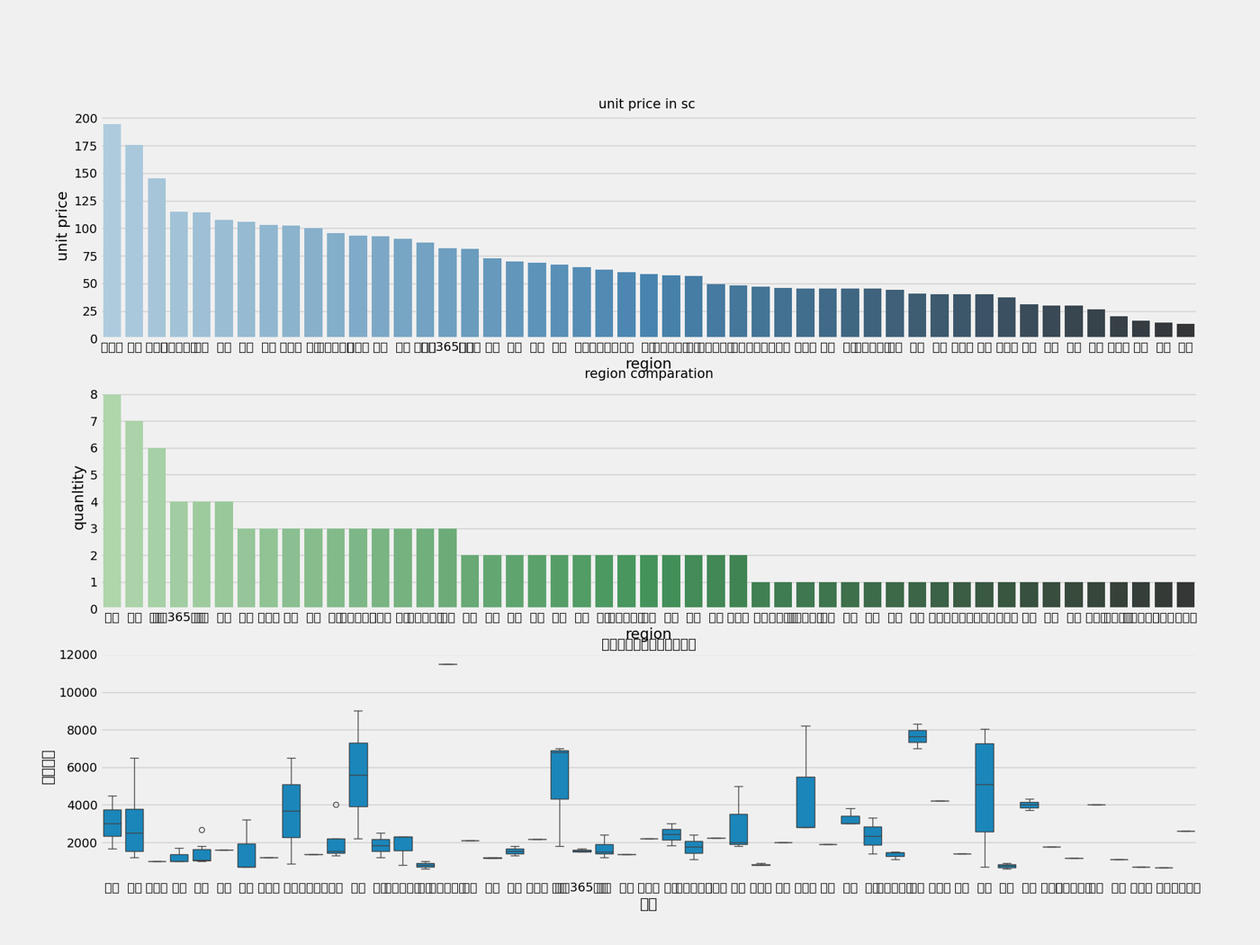
Repository: heavy-snowy/python
Script's output: python analy.py
An editor plug-in stored every save of this project. The script's output is shown before and after the next save, followed by the edit.
The pictures are shown at 90% of full size.
Figures wider than 1,400 px are first shrunk to that width. Random numbers start from a fixed seed.

Above is the script's output before, as saved 2020-03-09 16:55:44.

### analy.py
import pandas as pd
import numpy as np
import seaborn as sns
import matplotlib as mpl
import re
import matplotlib.pyplot as plt
from IPython.display import display
plt.style.use("fivethirtyeight")
sns.set_style({'font.sans-serif':['simhei','Arial']})


# 导入数据
sz_rent = pd.read_csv('merge_zc.csv')
print('data-row2====')
display(sz_rent.head(n=2))

# 检查缺失值情况
print('info====')
sz_rent.info()

print('describe====')
sz_rent.describe()

# 添加新特征均价
zf=sz_rent.copy()
zf['perPrice']=sz_rent['price']/sz_rent['size']
#print('PerPrice====',sz_rent['PerPrice'])

# 重新摆放列位置
columns=['Region','form','location','perPrice','price','size','layouts','detail']
zf = pd.DataFrame(zf, columns = columns)

# 重新审视数据集
display(zf.head(n=2))

# 对二手房区域分组对比二手房数量和每平米房价
df_house_count = zf.groupby('Region')['price'].count().sort_values(ascending=False).to_frame().reset_index()
df_house_mean = zf.groupby('Region')['perPrice'].mean().sort_values(ascending=False).to_frame().reset_index()

f, [ax1,ax2,ax3] = plt.subplots(3,1,figsize=(20,15))
sns.barplot(x='Region', y='perPrice', palette="Blues_d", data=df_house_mean, ax=ax1)
ax1.set_title('unit price in sc ',fontsize=15)
ax1.set_xlabel('region')
ax1.set_ylabel('unit price')

sns.barplot(x='Region', y='price', palette="Greens_d", data=df_house_count, ax=ax2)
ax2.set_title('region comparation',fontsize=15)
ax2.set_xlabel('region')
ax2.set_ylabel('quanltity')

sns.boxplot(x='Region', y='price', data=zf, ax=ax3)
ax3.set_title('北京各大区二手房房屋总价',fontsize=15)
ax3.set_xlabel('区域')
ax3.set_ylabel('房屋总价')

plt.show()

### merge_zc.csv
,Region,form,location,price,size,layouts,detail,href
0,新安,整租 ,裕安花园距5号线灵芝地铁站步行374m,3000,52,2室1厅1卫, 裕安花园 2室1厅1卫,https://short.58.com/zd_p/1e5d1f2f-2041-451a-9320-96a922068ea9/?target=fh-16-xgk_hvimob_57546033778154q-feykn&end=end&shangquan=xinanlu&shangquanId=1842&dataSource=1
1,民治,单间 ,华业玫瑰四季一期,3000,15,其他(5室), 华业玫瑰四季一期 5室1厅1卫 其他 南,https://short.58.com/zd_p/05c79038-5e0d-43dc-a6c3-5822fb219835/?target=fh-16-xgk_ephv_57849093916375q-feykn&end=end&shangquan=minzhi&shangquanId=6145&dataSource=1
2,桃源居,整租 ,钟屋新村,1000,25,1室0厅1卫, 钟屋新村 1室 0厅1卫,https://short.58.com/zd_p/308bce84-3dc3-4122-b277-e062d36fe88f/?target=fh-16-xgk_hvimob_57897313916504q-feykn&end=end&shangquan=taoyuanju&shangquanId=6152&dataSource=1
3,西丽,单间 ,留仙茗苑,1000,15,次卧(5室), 留仙茗苑 5室1厅1卫 次卧 朝南北,https://short.58.com/zd_p/aa02d6b0-47ff-47b0-a2d4-68c3bd53ba11/?target=fh-16-xgk_ephv_57894793464369q-feykn&end=end&shangquan=xililu&shangquanId=1841&dataSource=1
4,西乡,整租 ,上围园新村距1号线固戍地铁站步行1024m,1100,25,1室0厅1卫, 上围园新村 1室0厅1卫,https://short.58.com/zd_p/dc2e986f-9f92-49c6-9a64-ef97a70db538/?target=fh-16-xgk_hvimob_57823642592044q-feykn&end=end&shangquan=xixiangsz&shangquanId=6151&dataSource=1
5,民治,整租 ,西头新村距4号线龙胜地铁站步行898m,1180,26,1室0厅1卫, 西头新村 1室0厅1卫,https://short.58.com/zd_p/9488f3e5-6b7b-48af-8c4f-9a509daba314/?target=fh-16-xgk_hvimob_54228456633967q-feykn&end=end&shangquan=minzhi&shangquanId=6145&dataSource=1
6,石岩,整租 ,荔湖花园,1600,35,1室1厅1卫, 荔湖花园 1室1厅1卫,https://short.58.com/zd_p/642df96f-21d4-47ea-a6ab-901f0464af48/?target=fh-16-xgk_hvimob_57807146949012q-feykn&end=end&shangquan=shiyansz&shangquanId=6156&dataSource=1
7,大冲,单间 ,大冲新城花园,680,60,次卧(2室), 大冲新城花园 2室1厅1卫 次卧 南,https://short.58.com/zd_p/293f8957-8e29-4f0e-a869-cbafc345fca6/?target=fh-16-xgk_ephv_57536692036472q-feykn&end=end&shangquan=dachong&shangquanId=6102&dataSource=1
8,西乡,整租 ,径贝新村距1号线坪洲地铁站步行920m,1800,39,1室1厅1卫, 径贝新村 1室 1厅1卫,https://short.58.com/zd_p/838e5b2b-10e0-4a3d-896b-aed8d037e7bb/?target=fh-16-xgk_hvimob_57300034477907q-feykn&end=end&shangquan=xixiangsz&shangquanId=6151&dataSource=1
9,木棉湾,整租 ,大世纪花园距3号线木棉湾地铁站步行1136m,1200,30,1室1厅1卫, 大世纪花园 1室1厅1卫,https://short.58.com/zd_p/f50153e7-b473-4ff5-a892-b06a00bc404a/?target=fh-16-xgk_hvimob_57819705596092q-feykn&end=end&shangquan=szmmw&shangquanId=18313&dataSource=1
10,大运,整租 ,爱联A区距3号线爱联地铁站步行761m,850,25,1室0厅1卫, 爱联A区 1室0厅1卫,https://short.58.com/zd_p/55ba7ae6-79ad-4866-9389-b5e1dfe2bd1d/?target=fh-16-xgk_hvimob_57545020051673q-feykn&end=end&shangquan=dayunxc&shangquanId=14731&dataSource=1
11,西乡,整租 ,固戍红湾新村距1号线固戍地铁站步行868m,1000,28,1室0厅1卫, 固戍红湾新村 1室 0厅1卫,https://short.58.com/zd_p/731faaa7-1dc8-4e96-802c-c32b6f800c8c/?target=fh-16-xgk_hvimob_57813445353617q-feykn&end=end&shangquan=xixiangsz&shangquanId=6151&dataSource=1
12,农科中心,整租 ,下沙四坊距9号线下沙地铁站步行826m,1380,22,1室0厅1卫, 下沙四坊 1室0厅1卫,https://sz.58.com/zufang/41352686133646x.shtml?houseId=1371102140947462&shangquan=nkzxsz&shangquanId=116834&dataSource=0
13,坂田,整租 ,富豪花园距5号线坂田地铁站步行237m,1480,19,1室0厅1卫, 富豪花园 1室0厅1卫,https://sz.58.com/zufang/41375644018080x.shtml?houseId=1374040750136335&shangquan=bantianq&shangquanId=2688&dataSource=0
14,上沙,单间 ,金地花园(北区),2200,29,主卧(1室), 金地花园(北区) 1室0厅1卫 主卧 南,https://sz.58.com/hezu/40686976329359x.shtml?houseId=1285891286130697&shangquan=shangsha&shangquanId=6089&dataSource=0
15,沙井,整租 ,荣泰园距11号线沙井地铁站步行904m,2500,50,2室1厅1卫, 荣泰园 2室1厅1卫,https://sz.58.com/zufang/40840520200228x.shtml?houseId=1305544901565455&shangquan=shajing&shangquanId=1846&dataSource=0
16,龙华中心区,整租 ,双桥花园距4号线龙华地铁站步行1140m,800,18,1室0厅1卫, 双桥花园 1室0厅1卫,https://sz.58.com/zufang/41414440248231x.shtml?houseId=1379006667758604&shangquan=szlhzxq&shangquanId=18231&dataSource=0
17,西乡,整租 ,上围园新村距1号线固戍地铁站步行1024m,1000,28,1室0厅1卫, 上围园新村 1室 0厅1卫,https://sz.58.com/zufang/41270393303937x.shtml?houseId=1360568658977805&shangquan=xixiangsz&shangquanId=6151&dataSource=0
18,新安,整租 ,中粮创芯公园距5号线兴东地铁站步行624m,4500,45,1室1厅1卫, 中粮创芯公园 1室1厅1卫,https://sz.58.com/zufang/41308636968583x.shtml?houseId=1365463848231946&shangquan=xinanlu&shangquanId=1842&dataSource=0
19,南联,整租 ,盛平村,600,18,1室0厅1卫, 盛平村 1室0厅1卫,https://sz.58.com/zufang/40144861680404x.shtml?houseId=1216500610669568&shangquan=nls&shangquanId=119292&dataSource=0
20,南山地铁口,整租 ,荟芳园距1号线桃园地铁站步行942m,11500,120,3室2厅2卫, 荟芳园 3室2厅2卫,https://sz.58.com/zufang/41297356215558x.shtml?houseId=1364019911500806&shangquan=haiwangdasha&shangquanId=6108&dataSource=0
21,民治,整租 ,西头新村距4号线龙胜地铁站步行898m,1200,25,1室0厅1卫, 西头新村 1室0厅1卫,https://short.58.com/zd_p/adaac90b-f0cc-4f78-8656-b2997efcc750/?target=fh-16-xgk_hvimob_57576071165242q-feykn&end=end&shangquan=minzhi&shangquanId=6145&dataSource=1
22,坪洲,整租 ,马鞍山小区距1号线坪洲地铁站步行1213m,2100,35,1室1厅1卫, 马鞍山小区 1室1厅1卫,https://sz.58.com/zufang/41435421175196x.shtml?houseId=1381692226495492&shangquan=pzsz&shangquanId=118576&dataSource=0
23,桥头,整租 ,桥头村距11号线桥头地铁站步行854m,1200,50,1室1厅1卫, 桥头村 1室1厅1卫,https://sz.58.com/zufang/41348260316037x.shtml?houseId=1370535636459533&shangquan=qiaots&shangquanId=118580&dataSource=0
24,大冲,单间 ,大冲新城花园,3200,10,次卧(2室), 大冲新城花园 2室1厅1卫 次卧 北,https://sz.58.com/hezu/41407864833064x.shtml?houseId=1378165014667264&shangquan=dachong&shangquanId=6102&dataSource=0
25,清湖,单间 ,清湖社区新村,1280,30,主卧(1室), 清湖社区新村 1室0厅0卫 主卧 南北,https://sz.58.com/hezu/41051903868804x.shtml?houseId=1332602010674179&shangquan=qhsz&shangquanId=116836&dataSource=0
26,景田北,单间 ,景洲大厦,2180,15,次卧(3室), 景洲大厦 3室2厅2卫 次卧 南,https://sz.58.com/hezu/41407055551107x.shtml?houseId=1378061426515969&shangquan=jingtian&shangquanId=2671&dataSource=0
27,南联,整租 ,宝龙小区距3号线龙城广场地铁站步行797m,1000,38,1室1厅1卫, 宝龙小区 1室1厅1卫,https://sz.58.com/zufang/41293197506594x.shtml?houseId=1363487596389379&shangquan=nls&shangquanId=119292&dataSource=0
28,木棉湾,整租 ,文雅豪庭距3号线木棉湾地铁站步行1174m,1200,35,1室1厅1卫, 文雅豪庭 1室1厅1卫,https://sz.58.com/zufang/41356137658918x.shtml?houseId=1371543936179203&shangquan=szmmw&shangquanId=18313&dataSource=0
29,前海,单间 ,国兴苑,1800,15,主卧(1室), 国兴苑 1室0厅1卫 主卧 南,https://sz.58.com/hezu/41139063536777x.shtml?houseId=1343758448663554&shangquan=qianhai&shangquanId=2685&dataSource=0
30,美丽365花园,单间 ,美丽365花园,1650,13,主卧(4室), 美丽365花园 4室1厅1卫 主卧 西,https://sz.58.com/hezu/41414103216783x.shtml?houseId=1378963527752711&shangquan=meilihy&shangquanId=14559&dataSource=0
31,横岗,整租 ,马五村距3号线横岗地铁站步行1142m,1300,40,2室1厅1卫, 马五村 2室1厅1卫,https://sz.58.com/zufang/41364512395421x.shtml?houseId=1372615902568452&shangquan=henggang&shangquanId=1856&dataSource=0
32,固戍,整租 ,塘西花园距1号线固戍地铁站步行1000m,1380,20,1室0厅1卫, 塘西花园 1室0厅1卫,https://sz.58.com/zufang/39029343321499x.shtml?houseId=1073714261860353&shangquan=gss&shangquanId=117722&dataSource=0
33,横岗,整租 ,横岗深竹小区距3号线六约地铁站步行669m,1200,25,1室0厅1卫, 横岗深竹小区 1室0厅1卫,https://sz.58.com/zufang/41315924010882x.shtml?houseId=1366396589384716&shangquan=henggang&shangquanId=1856&dataSource=0
34,沙头角,整租 ,东埔福苑,2200,27,1室0厅1卫, 东埔福苑 1室0厅1卫,https://sz.58.com/zufang/41324945454483x.shtml?houseId=1367551334210563&shangquan=shatoujiao&shangquanId=1865&dataSource=0
35,流塘,整租 ,臣田综合楼,3000,110,3室2厅1卫, 臣田综合楼 3室2厅1卫,https://sz.58.com/zufang/39833231675139x.shtml?houseId=1176611970882560&shangquan=ltszs&shangquanId=118585&dataSource=0
36,上沙,整租 ,鸿景湾名苑距9号线下沙地铁站步行1183m,9000,82,2室2厅1卫, 鸿景湾名苑 2室2厅1卫,https://sz.58.com/zufang/41297988813220x.shtml?houseId=1364100884029449&shangquan=shangsha&shangquanId=6089&dataSource=0
37,宝安中心区,单间 ,宝安九区商住楼,1100,20,主卧(4室), 宝安九区商住楼 4室1厅1卫 主卧 南,https://sz.58.com/hezu/41430391242141x.shtml?houseId=1381048395014159&shangquan=baoanzhongxinquba&shangquanId=6150&dataSource=0
38,桃源村,整租 ,西丽新屋村距7号线珠光地铁站步行890m,2250,22,1室0厅1卫, 西丽新屋村 1室0厅1卫,https://sz.58.com/zufang/41430890937374x.shtml?houseId=1381112356019200&shangquan=taoyuancun&shangquanId=6111&dataSource=0
39,西乡,整租 ,上围园新村距1号线固戍地铁站步行1024m,1050,30,1室0厅1卫, 上围园新村 1室0厅1卫,https://sz.58.com/zufang/41331740233376x.shtml?houseId=1368421065793550&shangquan=xixiangsz&shangquanId=6151&dataSource=0
40,美丽365花园,整租 ,富联一区距4号线清湖地铁站步行503m,1500,26,1室0厅1卫, 富联一区 1室0厅1卫,https://short.58.com/zd_p/48efa6ee-dfe4-457a-8eda-d5700703f05a/?target=fh-16-xgk_hvimob_57823048904110q-feykn&end=end&shangquan=meilihy&shangquanId=14559&dataSource=1
41,大冲,单间 ,大冲新城花园,680,60,次卧(2室), 大冲新城花园 2室1厅1卫 次卧 南,https://short.58.com/zd_p/414ed4c2-acf8-4589-8d0d-176fa4ff9ec4/?target=fh-16-xgk_ephv_57536692036472q-feykn&end=end&shangquan=dachong&shangquanId=6102&dataSource=1
42,惠州,整租 ,华润小径湾,5000,93,2室1厅1卫, 华润小径湾 2室1厅1卫,https://short.58.com/zd_p/212cb6f6-76ed-4b58-8491-1137ce820aa8/?target=fh-16-xgk_hvimob_57897444094074q-feykn&end=end&shangquan=huizhouszzb&shangquanId=117096&dataSource=1
43,横岗,整租 ,卓然居,1500,31,1室0厅1卫, 卓然居 1室0厅1卫,https://short.58.com/zd_p/e240230f-6828-4740-8335-1881115af0ab/?target=fh-16-xgk_hvimob_57380299716059q-feykn&end=end&shangquan=henggang&shangquanId=1856&dataSource=1
44,丹竹头,单间 ,丹平小区,780,18,主卧(1室), 丹平小区 1室0厅1卫 主卧 南,https://short.58.com/zd_p/46703f2e-5859-4b21-91ba-a86962b8bd4e/?target=fh-16-xgk_ephv_57892186706630q-feykn&end=end&shangquan=szshawan&shangquanId=12817&dataSource=1
45,公明,整租 ,合水口村,2000,140,3室1厅1卫, 合水口村 3室1厅1卫,https://short.58.com/zd_p/3005bf92-0dc5-49e7-a421-41dd0a92121b/?target=fh-16-xgk_hvimob_57539356322137q-feykn&end=end&shangquan=gongmingsz&shangquanId=112573&dataSource=1
46,人民南,整租 ,高嘉大厦距9号线文锦地铁站步行71m,2800,33,1室1厅1卫, 高嘉大厦 1室1厅1卫,https://short.58.com/zd_p/2bcde943-aa79-4697-a8da-9c35fa2431e2/?target=fh-16-xgk_hvimob_57330243876013q-feykn&end=end&shangquan=renminnan&shangquanId=2678&dataSource=1
47,南岭,整租 ,黄金豪庭(龙岗)距3号线丹竹头地铁站步行1255m,1900,42,1室1厅1卫, 黄金豪庭(龙岗) 1室1厅1卫,https://short.58.com/zd_p/375ff896-8f4a-44c5-a810-d5034a5a1ab3/?target=fh-16-xgk_hvimob_57532582709387q-feykn&end=end&shangquan=sznl&shangquanId=15551&dataSource=1
48,东门,单间 ,深运大厦,3000,15,主卧(1室), 深运大厦 1室0厅1卫 主卧,https://short.58.com/zd_p/5af5f7fe-4e5d-4bce-b2ae-cd4b0eff8fcc/?target=fh-16-xgk_ephv_57895115940803q-feykn&end=end&shangquan=dongmen&shangquanId=1826&dataSource=1
49,平湖,整租 ,花半里欣悦广场,1400,30,1室1厅1卫, 花半里欣悦广场 1室1厅1卫,https://short.58.com/zd_p/750e17ac-e4b6-4b99-87ba-00b872e46a0e/?target=fh-16-xgk_hvimob_57865170127831q-feykn&end=end&shangquan=szpinghu&shangquanId=11916&dataSource=1
50,龙华区政府,整租 ,富联二区距4号线清湖地铁站步行1262m,1100,22,1室0厅1卫, 富联二区 1室0厅1卫,https://short.58.com/zd_p/8e3470a5-36a5-45c2-b067-b8d898464e41/?target=fh-16-xgk_hvimob_57537823196208q-feykn&end=end&shangquan=lhqzfsz&shangquanId=116835&dataSource=1
51,横岗,整租 ,保成泰八达产业园距3号线塘坑地铁站步行503m,1980,45,1室1厅1卫, 保成泰八达产业园 1室1厅1卫,https://sz.58.com/zufang/41372681516070x.shtml?houseId=1373661549995021&shangquan=henggang&shangquanId=1856&dataSource=0
52,新洲,整租 ,嘉葆润金座距7号线沙尾地铁站步行734m,7000,60,2室1厅1卫, 嘉葆润金座 2室1厅1卫,https://sz.58.com/zufang/41416603221264x.shtml?houseId=1379283528342530&shangquan=szxinzhou&shangquanId=2670&dataSource=0
53,惠州,整租 ,雅庭居,1800,98,3室2厅1卫, 雅庭居 3室2厅1卫,https://sz.58.com/zufang/41431057505190x.shtml?houseId=1381133676665866&shangquan=huizhouszzb&shangquanId=117096&dataSource=0
54,前海,整租 ,阳光花地苑,6800,64,2室1厅1卫, 阳光花地苑 2室1厅1卫,https://sz.58.com/zufang/37533985058441x.shtml?houseId=882308403617793&shangquan=qianhai&shangquanId=2685&dataSource=0
55,民治,单间 ,书香门第上河坊,2000,25,次卧(5室), 书香门第上河坊 5室2厅2卫 次卧 南,https://sz.58.com/hezu/41306117470350x.shtml?houseId=1365141352275974&shangquan=minzhi&shangquanId=6145&dataSource=0
56,清湖,单间 ,幸福城(二期),1800,11,次卧(6室), 幸福城(二期) 6室2厅2卫 次卧 南,https://sz.58.com/hezu/41404083549210x.shtml?houseId=1377681010154503&shangquan=qhsz&shangquanId=116836&dataSource=0
57,蔡屋围,整租 ,幸福华府距9号线红岭地铁站步行518m,4200,45,1室1厅1卫, 幸福华府 1室1厅1卫,https://sz.58.com/zufang/41237488270724x.shtml?houseId=1356356814480384&shangquan=caiwuwei&shangquanId=2679&dataSource=0
58,民治,整租 ,龙光玖钻距4号线红山地铁站步行538m,6500,50,2室1厅1卫, 龙光玖钻 2室 1厅1卫,https://sz.58.com/zufang/41394534675596x.shtml?houseId=1376458753350661&shangquan=minzhi&shangquanId=6145&dataSource=0
59,坂田,整租 ,大发埔村距5号线五和地铁站步行736m,1600,30,1室0厅1卫, 大发埔村 1室0厅1卫,https://sz.58.com/zufang/41431040540931x.shtml?houseId=1381131505263626&shangquan=bantianq&shangquanId=2688&dataSource=0
60,丹竹头,整租 ,时光里距3号线丹竹头地铁站步行275m,900,18,1室0厅1卫, 时光里 1室0厅1卫,https://short.58.com/zd_p/13bfab67-0586-4e88-8314-a36ebc5d239c/?target=fh-16-xgk_hvimob_57542702212459q-feykn&end=end&shangquan=szshawan&shangquanId=12817&dataSource=1
61,美丽365花园,整租 ,富联一区距4号线清湖地铁站步行503m,1500,26,1室0厅1卫, 富联一区 1室0厅1卫,https://short.58.com/zd_p/5c943d8b-cea1-4ba4-944d-f155546812bd/?target=fh-16-xgk_hvimob_57823048904110q-feykn&end=end&shangquan=meilihy&shangquanId=14559&dataSource=1
62,沙尾,单间 ,沙尾西村,1400,20,主卧(3室), 沙尾西村 3室1厅1卫 主卧 南,https://short.58.com/zd_p/72a81e19-5d6e-4791-8275-f52afff42b9b/?target=fh-16-xgk_ephv_54685931189438q-feykn&end=end&shangquan=shawei&shangquanId=6092&dataSource=1
63,龙华,整租 ,警备区龙华公寓,3200,70,2室1厅1卫, 警备区龙华公寓 2室1厅1卫,https://short.58.com/zd_p/ed13ec54-ad16-440f-899c-6e17863134ea/?target=fh-16-xgk_hvimob_57832153472037q-feykn&end=end&shangquan=longhua&shangquanId=1850&dataSource=1
64,龙华区政府,整租 ,富联二区距4号线清湖地铁站步行1262m,1450,30,1室0厅1卫, 富联二区 1室0厅1卫,https://short.58.com/zd_p/9c24f425-3967-48c5-a4b3-4d218724903f/?target=fh-16-xgk_hvimob_57537518037945q-feykn&end=end&shangquan=lhqzfsz&shangquanId=116835&dataSource=1
65,西丽,单间 ,嘉兴苑,1700,20,其他(4室), 嘉兴苑 4室2厅1卫 其他 东,https://short.58.com/zd_p/c09c4721-99a6-4da2-80fc-4afe5db4dec2/?target=fh-16-xgk_ephv_57570952641425q-feykn&end=end&shangquan=xililu&shangquanId=1841&dataSource=1
66,大浪,单间 ,龙泉信息科技园,600,25,主卧(1室), 龙泉信息科技园 1室1厅1卫 主卧 南,https://short.58.com/zd_p/54750132-8d02-4538-a1d0-9eb7ce00a05b/?target=fh-16-xgk_ephv_57828191459644q-feykn&end=end&shangquan=szdl&shangquanId=18232&dataSource=1
67,坂田,整租 ,大发埔东村六巷7号小区距5号线五和地铁站步行1194m,1300,25,1室0厅1卫, 大发埔东村六巷7号小区 1室0厅1卫,https://short.58.com/zd_p/26bc9c96-fd9d-4cfb-8eec-6da8ae55f357/?target=fh-16-xgk_hvimob_57868198109722q-feykn&end=end&shangquan=bantianq&shangquanId=2688&dataSource=1
68,龙华,整租 ,新城市花园,700,26,1室0厅1卫, 新城市花园 1室0厅1卫,https://short.58.com/zd_p/cce59908-2cd9-42d1-8ca7-ce01f8eea866/?target=fh-16-xgk_hvimob_57831862850468q-feykn&end=end&shangquan=longhua&shangquanId=1850&dataSource=1
69,东门,单间 ,深运大厦,3800,30,主卧(1室), 深运大厦 1室0厅1卫 主卧 南,https://short.58.com/zd_p/509606e0-7b52-4dc8-84fd-d879f434ce20/?target=fh-16-xgk_ephv_57895936911896q-feykn&end=end&shangquan=dongmen&shangquanId=1826&dataSource=1
70,龙华区政府,整租 ,马坜老二村,1500,30,1室1厅1卫, 马坜老二村 1室1厅1卫,https://short.58.com/zd_p/299d2484-8232-4d26-8af2-2f578455889c/?target=fh-16-xgk_hvimob_57816051904181q-feykn&end=end&shangquan=lhqzfsz&shangquanId=116835&dataSource=1
71,人民南,整租 ,高嘉大厦距9号线文锦地铁站步行71m,2800,33,1室1厅1卫, 高嘉大厦 1室1厅1卫,https://short.58.com/zd_p/28707c0f-1e73-4e14-9831-d4a8c48e4458/?target=fh-16-xgk_hvimob_57330243876013q-feykn&end=end&shangquan=renminnan&shangquanId=2678&dataSource=1
72,前海,整租 ,观峰阁距5号线荔湾地铁站步行286m,7000,77,3室0厅3卫, 观峰阁 3室0厅3卫,https://sz.58.com/zufang/40190688929055x.shtml?houseId=1222366498741248&shangquan=qianhai&shangquanId=2685&dataSource=0
73,新洲,整租 ,嘉洲华苑距7号线上沙地铁站步行1401m,8300,84,4室1厅1卫, 嘉洲华苑 4室1厅1卫,https://sz.58.com/zufang/41431058968221x.shtml?houseId=1381133863836676&shangquan=szxinzhou&shangquanId=2670&dataSource=0
74,横岗,整租 ,丹竹头岭背东距3号线丹竹头地铁站步行386m,1850,30,1室1厅1卫, 丹竹头岭背东 1室1厅1卫,https://sz.58.com/zufang/41430861370907x.shtml?houseId=1381108571414535&shangquan=henggang&shangquanId=1856&dataSource=0
75,东门,单间 ,深运大厦,3000,15,主卧(1室), 深运大厦 1室0厅1卫 主卧,https://short.58.com/zd_p/17849600-1142-4003-b581-fd2336e5fb78/?target=fh-16-xgk_ephv_57895115940803q-feykn&end=end&shangquan=dongmen&shangquanId=1826&dataSource=1
76,平湖,整租 ,同创新作,3300,40,2室1厅1卫, 同创新作 2室1厅1卫,https://short.58.com/zd_p/dd99bfcc-846b-49a8-a25a-809c1a71060e/?target=fh-16-xgk_hvimob_87522352236754q-feykn&end=end&shangquan=szpinghu&shangquanId=11916&dataSource=1
77,丹竹头,单间 ,丹平小区,780,18,主卧(1室), 丹平小区 1室0厅1卫 主卧 南,https://short.58.com/zd_p/c3e421ee-c858-4991-a671-3532ec0e451b/?target=fh-16-xgk_ephv_57892186706630q-feykn&end=end&shangquan=szshawan&shangquanId=12817&dataSource=1
78,西丽,单间 ,留仙茗苑,1000,15,次卧(5室), 留仙茗苑 5室1厅1卫 次卧 朝南北,https://short.58.com/zd_p/4fa29b87-ec8e-4f6f-8227-b61a96b4fe81/?target=fh-16-xgk_ephv_57894793464369q-feykn&end=end&shangquan=xililu&shangquanId=1841&dataSource=1
79,沙井,整租 ,塘尾九区距11号线塘尾地铁站步行1312m,1200,40,2室1厅1卫, 塘尾九区 2室1厅1卫,https://short.58.com/zd_p/1955256f-028d-487e-b8ca-836d169e959c/?target=fh-16-xgk_hvimob_57789934569718q-feykn&end=end&shangquan=shajing&shangquanId=1846&dataSource=1
80,观澜,整租 ,科苑观澜,3700,98,3室2厅2卫, 科苑观澜 3室2厅2卫,https://short.58.com/zd_p/3f20dc60-7c5c-4fe1-af26-12758c54e9ae/?target=fh-16-xgk_hvimob_57857609564178q-feykn&end=end&shangquan=guanlansz&shangquanId=6177&dataSource=1
81,大浪,整租 ,茶角坎二区,900,25,1室0厅1卫, 茶角坎二区 1室 0厅1卫,https://short.58.com/zd_p/d8b476e0-16e2-4d66-b4bc-b09169eaf441/?target=fh-16-xgk_hvimob_57545015380262q-feykn&end=end&shangquan=szdl&shangquanId=18232&dataSource=1
82,大运,整租 ,阳光天健城,6500,138,3室2厅2卫, 阳光天健城 3室2厅2卫,https://short.58.com/zd_p/6f43d049-0f43-4532-a233-182a01268a71/?target=fh-16-xgk_hvimob_57541005773902q-feykn&end=end&shangquan=dayunxc&shangquanId=14731&dataSource=1
83,香蜜湖,单间 ,特发小区,1750,9,主卧(6室), 特发小区 6室2厅2卫 主卧 南,https://short.58.com/zd_p/5cdd4a49-2b68-4cb6-8415-c7cd42c1ff79/?target=fh-16-xgk_ephv_82441212407178q-feykn&end=end&shangquan=xiangmihu&shangquanId=2579&dataSource=1
84,宝安中心区,整租 ,富源花园距5号线翻身地铁站步行556m,2400,40,1室1厅1卫, 富源花园 1室1厅1卫,https://sz.58.com/zufang/41431042629015x.shtml?houseId=1381131772648456&shangquan=baoanzhongxinquba&shangquanId=6150&dataSource=0
85,民治,整租 ,红山6979距4号线红山地铁站步行925m,1650,25,1室0厅1卫, 红山6979 1室0厅1卫,https://sz.58.com/zufang/41431471156737x.shtml?houseId=1381186623987727&shangquan=minzhi&shangquanId=6145&dataSource=0
86,龙华中心区,整租 ,集瑞楼一区距4号线龙华地铁站步行1321m,2300,45,2室1厅1卫, 集瑞楼一区 2室1厅1卫,https://sz.58.com/zufang/41431469106464x.shtml?houseId=1381186361875465&shangquan=szlhzxq&shangquanId=18231&dataSource=0
87,龙华,整租 ,特发和平里(一期)距4号线龙胜地铁站步行473m,7000,95,3室1厅1卫, 特发和平里(一期) 3室1厅1卫,https://sz.58.com/zufang/41431476573835x.shtml?houseId=1381187317424137&shangquan=longhua&shangquanId=1850&dataSource=0
88,桥头,整租 ,大洋花园距11号线桥头地铁站步行643m,1150,39,1室0厅1卫, 大洋花园 1室0厅1卫,https://sz.58.com/zufang/41409886826628x.shtml?houseId=1378423829732365&shangquan=qiaots&shangquanId=118580&dataSource=0
89,新安,整租 ,上合花园距5号线洪浪北地铁站步行1150m,1680,38,1室0厅1卫, 上合花园 1室0厅1卫,https://sz.58.com/zufang/41350388148899x.shtml?houseId=1370807995718656&shangquan=xinanlu&shangquanId=1842&dataSource=0
90,福田中心区,单间 ,沙嘴二坊171号小区,1150,10,其他(1室), 沙嘴二坊171号小区 1室1厅1卫 其他 南,https://sz.58.com/hezu/41398141341698x.shtml?houseId=1376920407677963&shangquan=ftzxsz&shangquanId=116833&dataSource=0
91,横岗,整租 ,振业城(北区)距3号线六约地铁站步行1135m,1500,20,1室0厅1卫, 振业城(北区) 1室0厅1卫,https://sz.58.com/zufang/41431437350669x.shtml?houseId=1381182296712206&shangquan=henggang&shangquanId=1856&dataSource=0
92,翠竹,整租 ,阳光绿地家园距5号线怡景地铁站步行857m,4000,40,1室1厅1卫, 阳光绿地家园 1室1厅1卫,https://sz.58.com/zufang/41384926807299x.shtml?houseId=1375228947259398&shangquan=cuizhu&shangquanId=1827&dataSource=0
93,横岗,整租 ,松柏路121号小区距3号线横岗地铁站步行454m,2400,90,2室1厅1卫, 松柏路121号小区 2室1厅1卫,https://sz.58.com/zufang/41438461814685x.shtml?houseId=1382081428184068&shangquan=henggang&shangquanId=1856&dataSource=0
94,龙华中心区,整租 ,弓村二区距4号线清湖地铁站步行1282m,2300,58,2室1厅1卫, 弓村二区 2室1厅1卫,https://sz.58.com/zufang/41438443840801x.shtml?houseId=1382079127773191&shangquan=szlhzxq&shangquanId=18231&dataSource=0
95,坪山,整租 ,德昌东街,1080,80,2室1厅1卫, 德昌东街 2室1厅1卫,https://sz.58.com/zufang/39229136519562x.shtml?houseId=1099287790952448&shangquan=pingsh&shangquanId=14724&dataSource=0
96,龙华,整租 ,鸿荣源壹成中心花园距4号线龙华地铁站步行837m,8050,100,4室1厅2卫, 鸿荣源壹成中心花园 4室1厅2卫,https://sz.58.com/zufang/41394285467399x.shtml?houseId=1376426855687172&shangquan=longhua&shangquanId=1850&dataSource=0
97,西乡,整租 ,固戍塘西新村距1号线固戍地铁站步行837m,2680,60,2室1厅1卫, 固戍塘西新村 2室1厅1卫,https://sz.58.com/zufang/41352568125193x.shtml?houseId=1371087036015620&shangquan=xixiangsz&shangquanId=6151&dataSource=0
98,民治,整租 ,金地梅陇镇,6000,90,3室2厅2卫, 金地梅陇镇 3室 2厅2卫,https://sz.58.com/zufang/41360757055014x.shtml?houseId=1372135219060744&shangquan=minzhi&shangquanId=6145&dataSource=0
99,白石洲,单间 ,白石洲建行宿舍,700,35,主卧(2室), 白石洲建行宿舍 2室1厅1卫 主卧 南,https://sz.58.com/hezu/41034622995219x.shtml?houseId=1330390059162631&shangquan=baishizhou&shangquanId=6101&dataSource=0
100,观澜,整租 ,珑门,4300,82,3室2厅2卫, 珑门 3室2厅2卫,https://sz.58.com/zufang/36828062957849x.shtml?houseId=869661368997888&shangquan=guanlansz&shangquanId=6177&dataSource=0
101,美丽365花园,单间 ,美丽365花园,1600,19,次卧(4室), 美丽365花园 4室1厅2卫 次卧 南,https://sz.58.com/hezu/41436039247908x.shtml?houseId=1381771339489292&shangquan=meilihy&shangquanId=14559&dataSource=0
102,坪地,整租 ,西湖塘哑福园,650,40,1室1厅1卫, 西湖塘哑福园 1室1厅1卫,https://sz.58.com/zufang/41439364828034x.shtml?houseId=1382197013864462&shangquan=pingdi&shangquanId=11919&dataSource=0
103,流塘,整租 ,新安上川村距5号线洪浪北地铁站步行1016m,1850,30,1室0厅1卫, 新安上川村 1室0厅1卫,https://sz.58.com/zufang/41393157618467x.shtml?houseId=1376282491247618&shangquan=ltszs&shangquanId=118585&dataSource=0
104,民治,整租 ,润达圆庭距4号线红山地铁站步行656m,3045,35,1室1厅1卫, 润达圆庭 1室1厅1卫,https://sz.58.com/zufang/41417471591555x.shtml?houseId=1379394679626762&shangquan=minzhi&shangquanId=6145&dataSource=0
105,人民南,整租 ,广东省银行大厦距9号线人民南地铁站步行154m,8200,90,3室1厅1卫, 广东省银行大厦 3室1厅1卫,https://sz.58.com/zufang/41272481090973x.shtml?houseId=1360835895469056&shangquan=renminnan&shangquanId=2678&dataSource=0
106,坂田,整租 ,阳光第五季距5号线五和地铁站步行1346m,3999,80,3室2厅1卫, 阳光第五季 3室2厅1卫,https://sz.58.com/zufang/41439355053444x.shtml?houseId=1382195763160066&shangquan=bantianq&shangquanId=2688&dataSource=0
107,深圳北站,整租 ,樟坑一区距5号线民治地铁站步行650m,2600,55,2室1厅1卫, 樟坑一区 2室1厅1卫,https://sz.58.com/zufang/41439355058952x.shtml?houseId=1382195763650570&shangquan=szszbz&shangquanId=18233&dataSource=0
108,惠州,整租 ,龙光城,2000,97,3室2厅2卫, 龙光城 3室2厅2卫,https://sz.58.com/zufang/41327587132447x.shtml?houseId=1367889468957704&shangquan=huizhouszzb&shangquanId=117096&dataSource=0

After the next save:
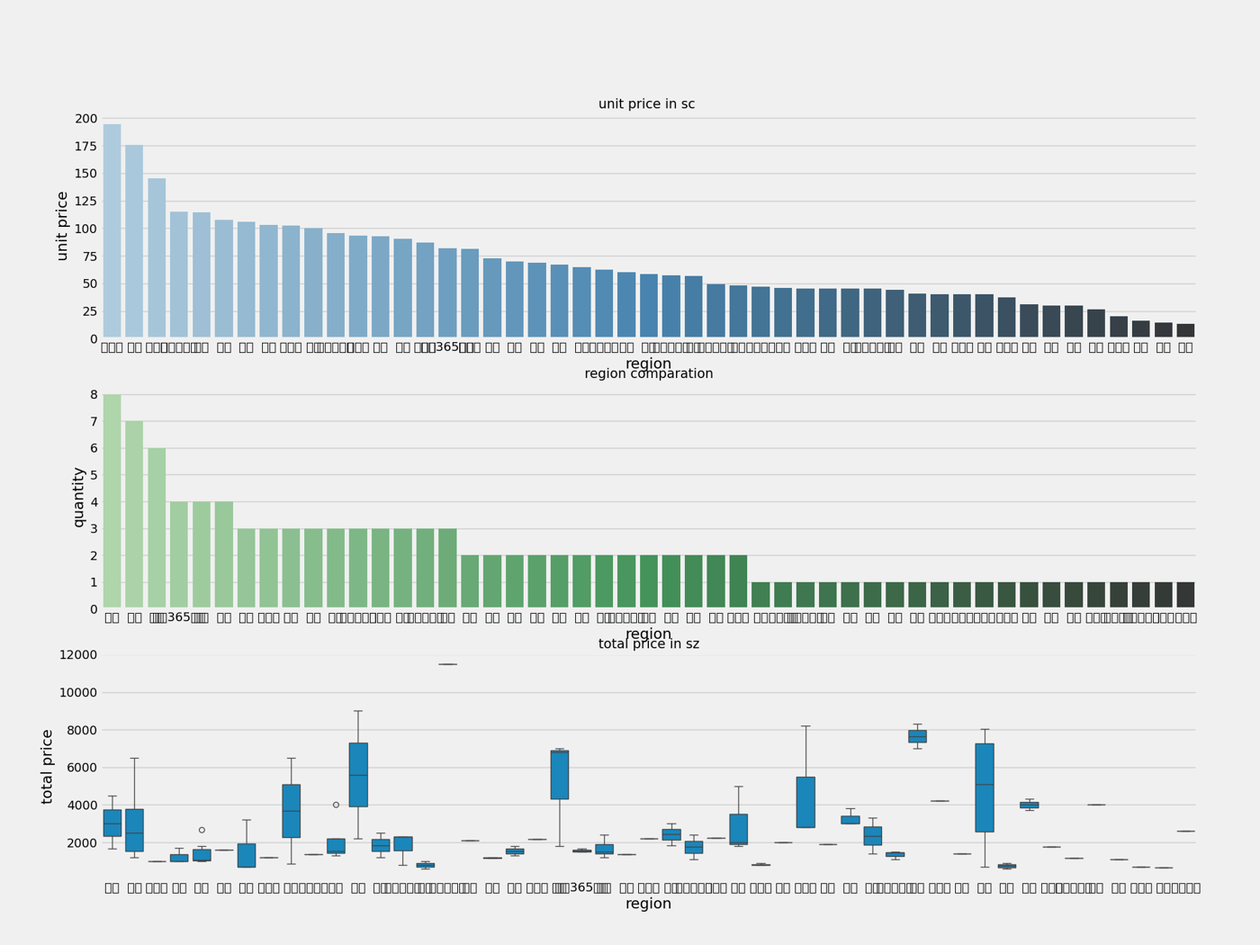
Saved 46 s later.
--- a/analy.py
+++ b/analy.py
@@ -46,11 +46,11 @@ ax1.set_ylabel('unit price')
 sns.barplot(x='Region', y='price', palette="Greens_d", data=df_house_count, ax=ax2)
 ax2.set_title('region comparation',fontsize=15)
 ax2.set_xlabel('region')
-ax2.set_ylabel('quanltity')
+ax2.set_ylabel('quantity')
 
 sns.boxplot(x='Region', y='price', data=zf, ax=ax3)
-ax3.set_title('北京各大区二手房房屋总价',fontsize=15)
-ax3.set_xlabel('区域')
-ax3.set_ylabel('房屋总价')
+ax3.set_title('total price in sz',fontsize=15)
+ax3.set_xlabel('region')
+ax3.set_ylabel('total price')
 
 plt.show()
